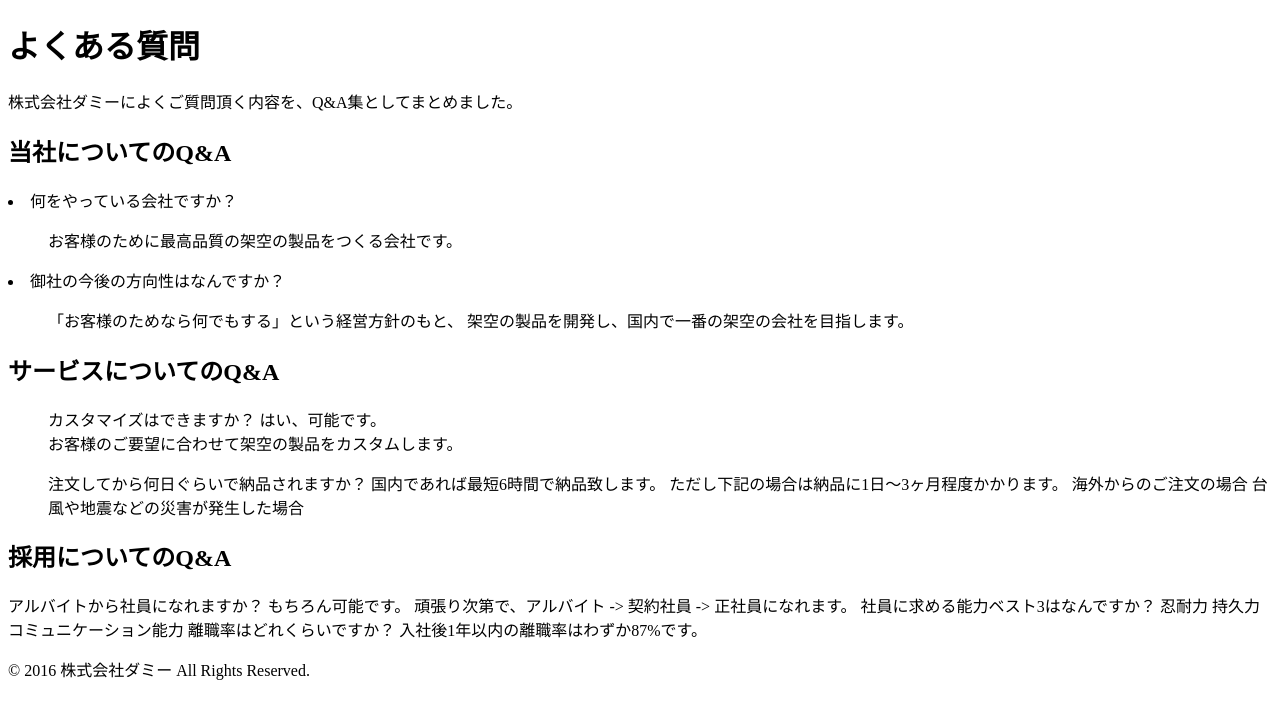
Repository: winc1980/practice-hp2022-wednesday
Page: ruka/practice1.html
The author's editor kept a copy of each file at every save. The page is drawn from the files as they stood at one save, then again after the next save.
The browser window is 1280 px wide. The pictures show the whole page.

Above is the page before, as saved 2022-05-26 00:00:37.

After the next save:
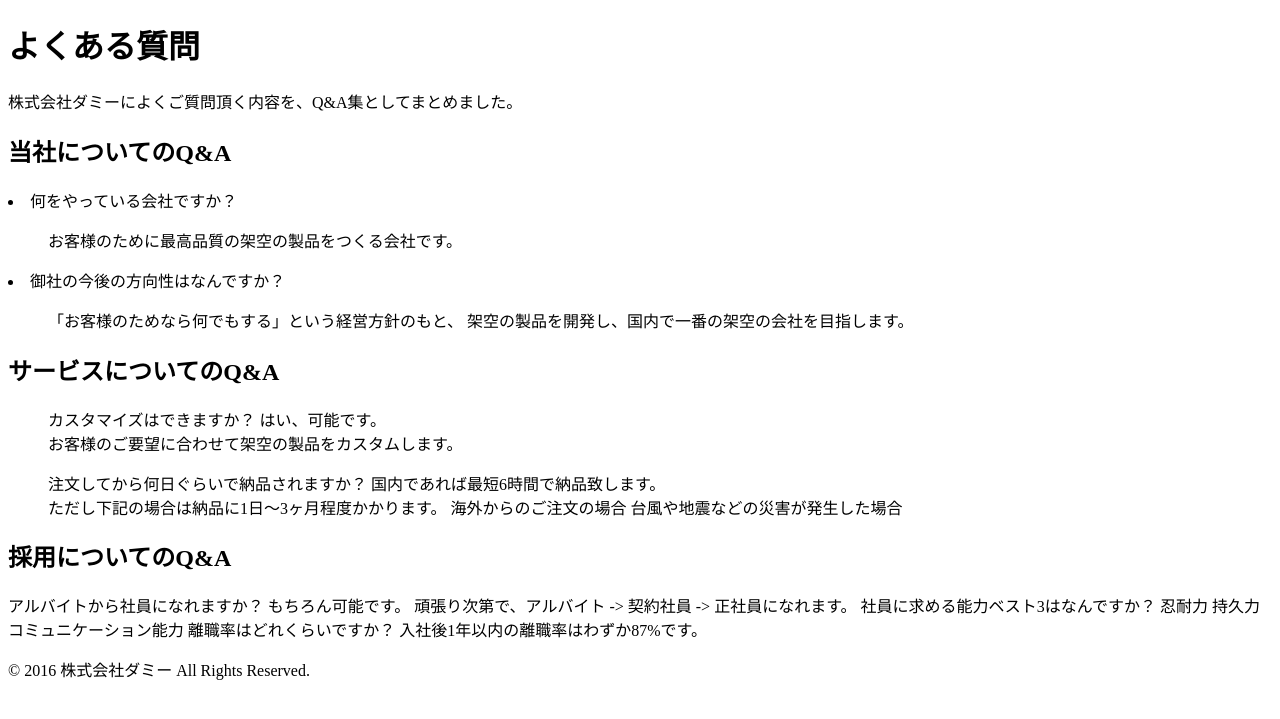
Saved 12 s later.
--- a/ruka/practice1.html
+++ b/ruka/practice1.html
@@ -37,7 +37,7 @@
 </ul>
 <ul>
 注文してから何日ぐらいで納品されますか？
-国内であれば最短6時間で納品致します。
+国内であれば最短6時間で納品致します。<br>
 ただし下記の場合は納品に1日〜3ヶ月程度かかります。
 海外からのご注文の場合
 台風や地震などの災害が発生した場合
